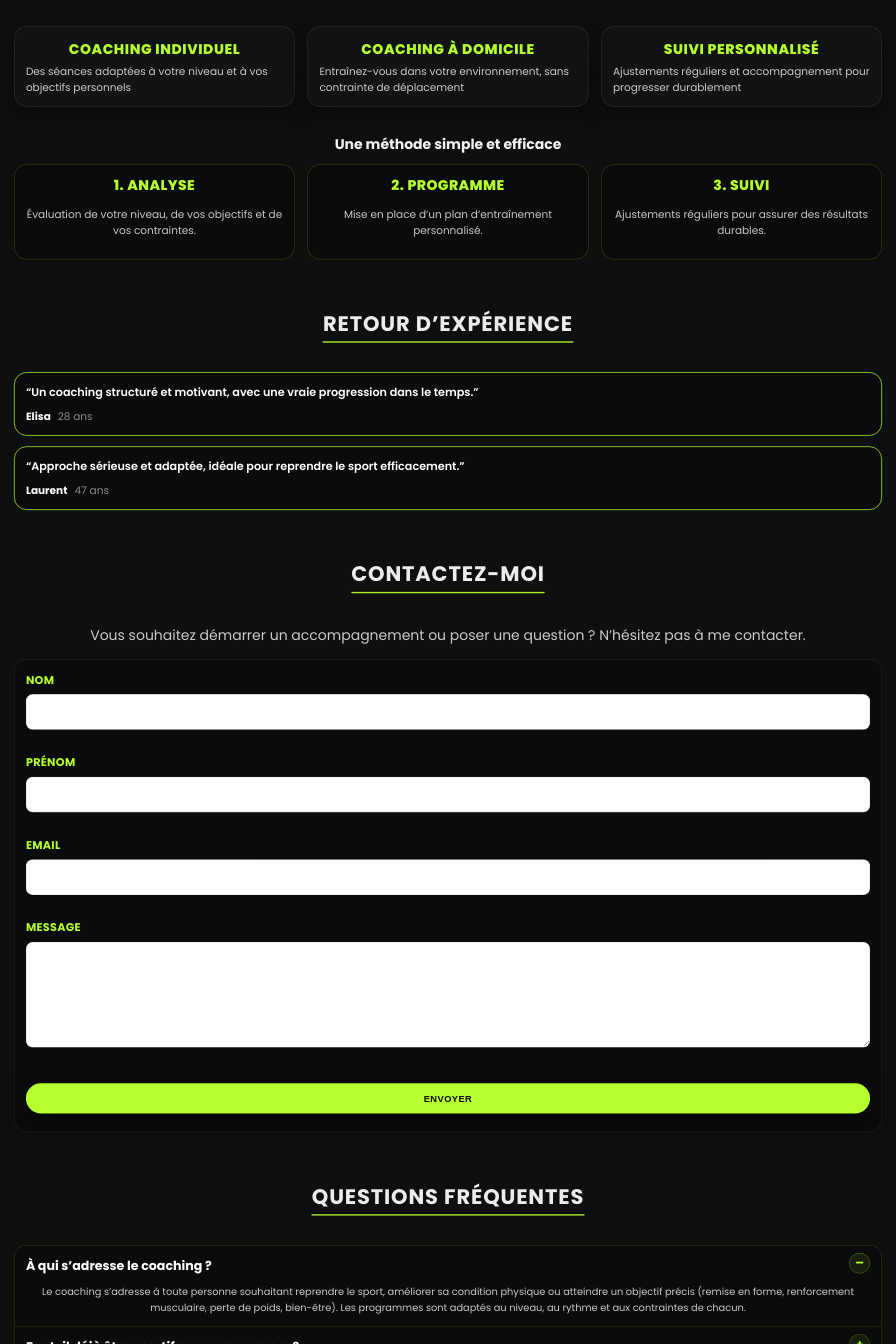
Repository: ThomasHdrd/CoachFitness
Page: index.html
The author's editor kept a copy of each file at every save. The page is drawn from the files as they stood at one save, then again after the next save.
The browser window is 1280 px wide. The pictures show the part of the page from y = 972 to 2892 px (the page is 3199 px tall before and 3187 px after), at 70% of full size.

Above is the page before, as saved 2026-01-20 23:22:20.

### index.html
<!doctype html>
<html lang="fr">
<head>
  <meta charset="utf-8" />
  <meta name="viewport" content="width=device-width, initial-scale=1" />
  <title>Coach Fitness — Landing Page</title>

  <!-- Poppins -->
  <link rel="preconnect" href="https://fonts.googleapis.com">
  <link rel="preconnect" href="https://fonts.gstatic.com" crossorigin>
  <link href="https://fonts.googleapis.com/css2?family=Poppins:wght@300;400;500;600;700;800&display=swap" rel="stylesheet">

  <link rel="stylesheet" href="styles.css" />
</head>
<body>
  <!-- Header -->
  <header class="site-header" id="top">
    <div class="container header-inner">
      <a class="brand" href="#top" aria-label="Retour en haut">
        <span class="brand-dot" aria-hidden="true"></span>
        <span class="brand-text">Coach Fitness</span>
      </a>

      <button class="nav-toggle" aria-controls="site-nav" aria-expanded="false">
        <span class="sr-only">Ouvrir le menu</span>
        <span class="burger" aria-hidden="true"></span>
      </button>

      <nav class="site-nav" id="site-nav" aria-label="Navigation principale">
        <a class="nav-link" href="#accueil">Accueil</a>
        <a class="nav-link" href="#apropos">A propos</a>
        <a class="nav-link" href="#services">Services</a>
        <a class="nav-link" href="#avis">Avis</a>
        <a class="nav-link nav-cta" href="#contact">Contact</a>
      </nav>
    </div>
  </header>

  <main>
    <!-- HERO -->
    <section class="hero" id="accueil">
      <div class="hero-overlay" aria-hidden="true"></div>
      <div class="container hero-content">
        <p class="hero-kicker">Coaching sportif personnalisé</p>
        <h1 class="hero-title accent">Atteignez vos objectifs. Progressez durablement</h1>
        <p class="hero-subtitle">
          Un accompagnement sportif sur mesure, adapté à votre niveau et à votre rythme
        </p>
        <a class="btn btn-primary" href="#contact">RÉSERVER VITE VOTRE BILAN GRATUIT</a>
      </div>
    </section>

    <!-- A PROPOS -->
    <section class="section" id="apropos">
      <div class="container">
        <div class="section-title-wrapper">
            <h2 class="section-title">À propos de moi</h2>
        </div>
        <h3 class="section-lead accent">Un coaching basé sur l’écoute et la progression</h3>

        <div class="about-grid">
          <div class="about-text">
            <p class="muted">
              Coach sportif spécialisé en remise en forme et renforcement musculaire, j’accompagne des personnes aux profils variés
              avec une approche personnalisée.
            </p>
            <p class="muted">
              Chaque programme est conçu pour s’adapter au niveau, aux objectifs et au rythme de chacun.
            </p>
          </div>
        </div>
        <div class="about-list">
            <ul class="checks">
                <li>Programmes personnalisés</li>
                <li>Approche progressive</li>
                <li>Suivi régulier</li>
            </ul>
        </div>
      </div>
    </section>

    <!-- SERVICES -->
    <section class="section" id="services">
      <div class="container">
        <div class="section-title-wrapper">
            <h2 class="section-title">Mes services</h2>
        </div>

        <div class="cards">
          <article class="card">
            <h3 class="card-title accent">COACHING INDIVIDUEL</h3>
            <p class="card-text">Des séances adaptées à votre niveau et à vos objectifs personnels</p>
          </article>

          <article class="card">
            <h3 class="card-title accent">COACHING À DOMICILE</h3>
            <p class="card-text">Entraînez-vous dans votre environnement, sans contrainte de déplacement</p>
          </article>

          <article class="card">
            <h3 class="card-title accent">SUIVI PERSONNALISÉ</h3>
            <p class="card-text">Ajustements réguliers et accompagnement pour progresser durablement</p>
          </article>
        </div>

        <div class="method">
          <h3 class="method-title">Une méthode simple et efficace</h3>

          <div class="method-steps">
            <div class="step">
              <div class="step-num accent">1. ANALYSE</div>
              <p class="muted">Évaluation de votre niveau, de vos objectifs et de vos contraintes.</p>
            </div>
            <div class="step">
              <div class="step-num accent">2. PROGRAMME</div>
              <p class="muted">Mise en place d’un plan d’entraînement personnalisé.</p>
            </div>
            <div class="step">
              <div class="step-num accent">3. SUIVI</div>
              <p class="muted">Ajustements réguliers pour assurer des résultats durables.</p>
            </div>
          </div>
        </div>
      </div>
    </section>

    <!-- AVIS -->
    <section class="section" id="avis">
      <div class="container">
        <div class="section-title-wrapper">
            <h2 class="section-title">RETOUR D’EXPÉRIENCE</h2>
        </div>

        <div class="testimonials">
          <figure class="testimonial">
            <blockquote>
              “Un coaching structuré et motivant, avec une vraie progression dans le temps.”
            </blockquote>
            <figcaption>
              <span class="name">Elisa</span>
              <span class="meta">28 ans</span>
            </figcaption>
          </figure>

          <figure class="testimonial">
            <blockquote>
              “Approche sérieuse et adaptée, idéale pour reprendre le sport efficacement.”
            </blockquote>
            <figcaption>
              <span class="name">Laurent</span>
              <span class="meta">47 ans</span>
            </figcaption>
          </figure>
        </div>
      </div>
    </section>

    <!-- CONTACT -->
    <section class="section" id="contact">
      <div class="container">
        <div class="section-title-wrapper">
            <h2 class="section-title">CONTACTEZ-MOI</h2>
        </div>
        <p class="contact-text">
          Vous souhaitez démarrer un accompagnement ou poser une question ? N’hésitez pas à me contacter.
        </p>

        <form class="form" id="contactForm" novalidate>
          <div class="field">
            <label for="nom">Nom</label>
            <input id="nom" name="nom" type="text" autocomplete="family-name" required />
            <small class="error" data-error-for="nom"></small>
          </div>

          <div class="field">
            <label for="prenom">Prénom</label>
            <input id="prenom" name="prenom" type="text" autocomplete="given-name" required />
            <small class="error" data-error-for="prenom"></small>
          </div>

          <div class="field">
            <label for="email">Email</label>
            <input id="email" name="email" type="email" autocomplete="email" required />
            <small class="error" data-error-for="email"></small>
          </div>

          <div class="field">
            <label for="message">Message</label>
            <textarea id="message" name="message" rows="5" required></textarea>
            <small class="error" data-error-for="message"></small>
          </div>

          <button class="btn btn-primary btn-wide" type="submit">ENVOYER</button>
          <p class="form-note muted" id="formStatus" role="status" aria-live="polite"></p>
        </form>
      </div>
    </section>

    <!-- FAQ -->
    <section class="section" id="faq">
      <div class="container">
        <div class="section-title-wrapper">
            <h2 class="section-title">QUESTIONS FRÉQUENTES</h2>
        </div>

        <div class="faq">
          <details class="faq-item" open>
            <summary>À qui s’adresse le coaching ?</summary>
            <div class="faq-body muted">
              Le coaching s’adresse à toute personne souhaitant reprendre le sport, améliorer sa condition physique ou atteindre un objectif précis
              (remise en forme, renforcement musculaire, perte de poids, bien-être). Les programmes sont adaptés au niveau, au rythme et aux contraintes de chacun.
            </div>
          </details>

          <details class="faq-item">
            <summary>Faut-il déjà être sportif pour commencer ?</summary>
            <div class="faq-body muted">
              Non. Le coaching s’adapte à votre niveau actuel. La progression est construite étape par étape, avec une intensité ajustée.
            </div>
          </details>

          <details class="faq-item">
            <summary>Comment se déroule le suivi ?</summary>
            <div class="faq-body muted">
              Après une analyse de votre situation, un programme personnalisé est mis en place puis ajusté régulièrement selon vos retours et votre progression.
            </div>
          </details>

          <details class="faq-item">
            <summary>Le coaching se fait-il à domicile ou en salle ?</summary>
            <div class="faq-body muted">
              Les deux sont possibles. Le format dépend de vos préférences, de votre matériel et de vos contraintes de planning.
            </div>
          </details>

          <details class="faq-item">
            <summary>Le premier échange est-il gratuit ?</summary>
            <div class="faq-body muted">
              Oui. Le premier échange permet de comprendre votre besoin et de déterminer l’accompagnement le plus adapté, sans engagement.
            </div>
          </details>
        </div>
      </div>
    </section>
  </main>

  <!-- Footer -->
  <footer class="site-footer">
    <div class="container footer-inner">
      <p class="footer-tag muted">Coaching personnalisé • Progression durable • Bien-être</p>
      <p class="footer-copy muted">© 2026 Coach Sportif Indépendant • Tous droits réservés.</p>
    </div>
  </footer>

  <script src="app.js" defer></script>
</body>
</html>

### styles.css
:root{
  --bg: #0F0F0F;            /* demandé */
  --bar: rgba(0,0,0,.90);   /* header/footer */
  --accent: #B6FF2E;        /* demandé */
  --text: #FFFFFF;
  --muted: rgba(255,255,255,.78);
  --muted2: rgba(255,255,255,.62);
  --line: rgba(182,255,46,.38);
  --card: rgba(255,255,255,.04);
  --shadow: 0 16px 40px rgba(0,0,0,.45);
  --radius: 14px;
  --radius-lg: 18px;
  --max: 1300px;
}

*{ box-sizing: border-box; }
html{ scroll-behavior: smooth; }
body{
  margin:0;
  font-family: "Poppins", system-ui, -apple-system, Segoe UI, Roboto, Arial, sans-serif;
  background: var(--bg);
  color: var(--text);
}

.container{
  width:min(100% - 40px, var(--max));
  margin-inline:auto;
}

.sr-only{
  position:absolute;
  width:1px;height:1px;
  padding:0;margin:-1px;
  overflow:hidden;clip:rect(0,0,0,0);
  white-space:nowrap;border:0;
}

/* Header */
.site-header{
  position: sticky;
  top: 0;
  z-index: 50;
  background: var(--bar);
  backdrop-filter: blur(8px);
  border-bottom: 1px solid rgba(255,255,255,.06);
}

.header-inner{
  height: 64px;
  display:flex;
  align-items:center;
  justify-content:space-between;
  gap: 14px;
}

.brand{
  display:flex;
  align-items:center;
  gap:10px;
  text-decoration:none;
  color: var(--text);
  font-weight: 700;
  letter-spacing:.3px;
}
.brand-dot{
  width:10px;height:10px;
  border-radius:999px;
  background: var(--accent);
  box-shadow: 0 0 0 6px rgba(182,255,46,.12);
}
.brand-text{ font-size: 14px; opacity:.95; }

.site-nav{
  display:flex;
  align-items:center;
  gap: 18px;
}
.nav-link{
  color: var(--text);
  text-decoration:none;
  font-size: 13px;
  opacity: .88;
  transition: opacity .2s ease, color .2s ease;
  padding: 10px 6px;
}
.nav-link:hover{ opacity:1; color: var(--accent); }

.nav-cta{
  border: 1px solid rgba(182,255,46,.45);
  border-radius: 999px;
  padding: 10px 14px;
}
.nav-cta:hover{
  background: rgba(182,255,46,.10);
}

/* Mobile nav */
.nav-toggle{
  display:none;
  border:0;
  background: transparent;
  color: var(--text);
  padding: 10px;
  border-radius: 10px;
}
.nav-toggle:hover{ background: rgba(255,255,255,.06); }
.burger{
  width: 22px; height: 2px;
  display:block;
  background: var(--text);
  position: relative;
}
.burger::before,.burger::after{
  content:"";
  position:absolute;
  left:0;
  width:22px;height:2px;
  background: var(--text);
}
.burger::before{ top:-7px; }
.burger::after{ top:7px; }

/* Hero */
.hero{
  position: relative;
  min-height: 50vh;
  display:flex;
  align-items:center;
  padding: 52px 0;
  background:
    linear-gradient(180deg, rgba(0,0,0,.55), rgba(0,0,0,.88)),
    url("assets/hero.jpg") center/cover no-repeat;
  background-position: center 30%;
}
.hero-overlay{
  position:absolute;
  inset:0;
  background: radial-gradient(1200px 600px at 50% 25%, rgba(182,255,46,.10), transparent 60%);
  pointer-events:none;
}
.hero-content{
  position:relative;
  text-align:center;
}
.hero-kicker{
  margin:0 0 10px;
  font-size: 50px;
  letter-spacing: .6px;
  text-transform: uppercase;
  font-weight: bold;
}
.hero-title{
  margin: 0 auto;
  margin:0 0 10px;
}
.hero-title {
  font-size: 35px;
  display:block;
  color: var(--accent);
  font-weight: 800;
  text-transform:none;
  margin-top: 8px;
}
.hero-subtitle{
  margin: 16px auto 22px;
  padding-top: 30px;
  color: var(--muted);
  font-size: 22px;
  line-height: 1.55;
  padding-bottom: 30px;
}

/* Buttons */
.btn{
  display:inline-flex;
  align-items:center;
  justify-content:center;
  gap:10px;
  text-decoration:none;
  border: 0;
  cursor:pointer;
  font-weight: 700;
  letter-spacing: .6px;
  text-transform: uppercase;
  border-radius: 999px;
  padding: 14px 18px;
  box-shadow: var(--shadow);
}
.btn-primary{
  background: var(--accent);
  color: #0A0A0A;
  width: 70%;
}
.btn-primary:hover{
  background: transparent;
  border: 1px solid var(--accent);
  color: var(--accent);
  filter: brightness(.95);
}
.btn-wide{ width: 100%; margin-top: 10px; }

/* Sections */
.section{
  padding: 35px 0;
}
#apropos
{
  padding-bottom: 20px;
}

.section-title {
  text-align: justify;
  align-items: center;
  margin: 0 0 14px;
  font-size: 30px;
  letter-spacing: 1.2px;
  text-transform: uppercase;
  opacity: .92;
  padding-bottom: 10px;
  display: inline-block; /* Le titre prend uniquement la largeur du texte */
}

.section-title::after {
  content: "";
  display: block;
  width: 100%; /* La barre fait la largeur du texte */
  height: 2px;
  background-color: var(--accent);
  margin-top: 2px;
}

/* Conteneur pour centrer le titre inline-block */
.section-title-wrapper {
  text-align: center;
}
.section-lead{
  text-align:center;
  margin: 0 0 22px;
  font-size: 25px;
  font-weight: 700;
}
.accent{ color: var(--accent);}
.muted{ color: var(--muted); font-size: 15px; text-align: center;}
.muted2{ color: var(--muted2); }

/* About */
.about-grid{
  gap: 18px;
  align-items:start;
}
.about-text{
  background: rgba(255,255,255,.02);
  border: 1px solid rgba(255,255,255,.06);
  border-radius: var(--radius-lg);
  padding: 18px;
  margin-bottom: 30px;
}
.about-text p{ margin: 0 0 10px; }
.about-text p:last-child{ margin-bottom: 0; }

.checks{
  list-style: none;
  margin: 0;
  padding: 16px 18px;
  border-radius: var(--radius-lg);
  border: 1px solid rgba(182,255,46,.20);
  background: rgba(182,255,46,.06);
  display: flex;
  flex-wrap: wrap;
  gap: 20%;
  justify-content: space-around;
  align-items: center;
}
.checks li{
  position: relative;
  padding-left: 30px;
  margin: 10px 0;
  font-weight: 600;
}
.checks li::before{
  content:"";
  position:absolute;
  left:0; top: 6px;
  width: 16px; height: 10px;
  border-left: 2px solid var(--accent);
  border-bottom: 2px solid var(--accent);
  transform: rotate(-45deg);
}

/* Cards */
.cards{
  display:grid;
  gap: 18px;
  margin-top: 18px;
  grid-template-columns: repeat(3, 1fr);
}
.card{
  background: rgba(255,255,255,.02);
  border: 1px solid rgba(255,255,255,.10);
  border-radius: var(--radius-lg);
  padding: 16px 16px 14px;
  box-shadow: 0 14px 34px rgba(0,0,0,.35);
}
.card-title{
  margin:0 0 6px;
  font-size: 20px;
  text-align: center;
  font-weight: 800;
  text-transform: uppercase;
  letter-spacing: .8px;
}
.card-text{
  margin:0;
  color: var(--muted);
  font-size: 15px;
  line-height: 1.55;
}

/* Method */
.method{
  margin-top: 26px;
  padding-top: 12px;
}
.method-title{
  text-align:center;
  margin: 0 0 14px;
  font-size: 20px;
  font-weight: 700;
  opacity: .95;
}
.method-steps{
  display:grid;
  gap: 18px;
  grid-template-columns: repeat(3, 1fr);
}
.step{
  border: 1px solid rgba(182,255,46,.18);
  background: rgba(0,0,0,.25);
  border-radius: var(--radius-lg);
  padding: 14px 16px;
}
.step-num{
  font-weight: 800;
  letter-spacing: .6px;
  text-transform: uppercase;
  font-size: 20px;
  margin-bottom: 6px;
  text-align: center;
}

/* Testimonials */
.testimonials{
  display:grid;
  gap: 15px;
  margin-top: 18px;
}
.testimonial{
  margin:0;
  border: 1px solid #B6FF2E;
  background: rgba(0,0,0,.25);
  border-radius: var(--radius-lg);
  padding: 16px;
}
.testimonial blockquote{
  margin:0 0 10px;
  color: var(--text);
  font-weight: 600;
  line-height: 1.5;
}
.testimonial figcaption{
  display:flex;
  gap: 10px;
  align-items:baseline;
  color: var(--muted2);
  font-size: 15px;
}
.testimonial .name{ color: var(--text); font-weight: 700; }
.testimonial .meta{ opacity:.85; }

/* Form */
.contact-text{
  text-align: center;
  color: var(--muted);
  font-size: 20px;
}

.form{
  margin-top: 18px;
  border-radius: var(--radius-lg);
  border: 1px solid rgba(255,255,255,.08);
  background: rgba(0,0,0,.25);
  padding: 16px;
}
.field{ margin-bottom: 12px; }
label{
  display:block;
  font-size: 16px;
  font-weight: 700;
  letter-spacing: .4px;
  margin-bottom: 8px;
  color: var(--accent);
  text-transform: uppercase;
}
input, textarea{
  width:100%;
  font-family: inherit;
  font-size: 16px;
  color: #0A0A0A;
  background: #FFFFFF;
  border: 1px solid rgba(0,0,0,.12);
  border-radius: 10px;
  padding: 12px 12px;
  outline: none;
}
textarea{ resize: vertical; min-height: 110px; }
input:focus, textarea:focus{
  box-shadow: 0 0 0 4px rgba(182,255,46,.20);
  border-color: rgba(182,255,46,.55);
}
.error{
  display:block;
  min-height: 16px;
  margin-top: 6px;
  font-size: 12px;
  color: #FF6B6B;
}
.form-note{
  margin: 10px 0 0;
  font-size: 12px;
}

/* FAQ */
.faq{
  margin-top: 18px;
  border-radius: var(--radius-lg);
  overflow:hidden;
  border: 1px solid rgba(182,255,46,.16);
  background: rgba(0,0,0,.25);
}
.faq-item{
  border-top: 1px solid rgba(182,255,46,.12);
}
.faq-item:first-child{ border-top: 0; }
.faq-item summary{
  list-style:none;
  cursor:pointer;
  padding: 14px 16px;
  font-weight: 700;
  font-size: 18px;
  position: relative;
}
.faq-item summary::-webkit-details-marker{ display:none; }
.faq-item summary::after{
  content:"+";
  position:absolute;
  right: 16px;
  top: 10px;
  width: 28px; height: 28px;
  display:grid;
  place-items:center;
  border-radius: 999px;
  color: var(--accent);
  border: 1px solid rgba(182,255,46,.28);
  background: rgba(182,255,46,.08);
}
.faq-item[open] summary::after{ content:"–"; }
.faq-body{
  padding: 0 16px 16px;
  font-size: 14px;
  line-height: 1.6;
}

/* Footer */
.site-footer{
  background: var(--bar);
  border-top: 1px solid rgba(255,255,255,.06);
  padding: 18px 0;
}
.footer-inner{
  text-align:center;
  display:flex;
  justify-content: center;
  align-items: center;
  gap: 47%;
}
.footer-tag, .footer-copy{
  margin:0;
  font-size: 12px;
}

/* Responsive */
@media (min-width: 761px) and (max-width: 1024px){
  .hero-content{ text-align:center; }
  .hero-kicker{ font-size: 40px; }
  .hero-title{ font-size: 28px; }
  .about-grid{
    grid-template-columns: 1.2fr .8fr;
    gap: 18px;
  }
  .cards{
    grid-template-columns: repeat(3, 1fr);
  }
  .method-steps{
    grid-template-columns: repeat(3, 1fr);
  }
  .testimonials{
    grid-template-columns: repeat(2, 1fr);
  }
}

/* Mobile nav behavior */
@media (max-width: 760px){
  .section {
    padding: 28px 0;
  }
  .section-title{
    font-size: 24px;
  }
  .nav-toggle{ display:inline-flex; }
  .hero-kicker{ font-size: 32px; }
  .hero-title{ font-size: 24px; }
  .hero-subtitle{ font-size: 18px; }
  .site-nav{
    position: fixed;
    inset: 64px 12px auto 12px;
    background: rgba(0,0,0,.95);
    border: 1px solid rgba(255,255,255,.08);
    border-radius: 16px;
    padding: 12px;
    display:none;
    flex-direction: column;
    gap: 6px;
    box-shadow: 0 18px 50px rgba(0,0,0,.6);
  }
  .section-title {
    padding-bottom: 0;
  }
  .site-nav.is-open{ display:flex; }
  .nav-link{ width:100%; text-align:center; padding: 12px; }
  .faq-item summary{ font-size: 16px; }
  .faq-item summary{ padding-right: 50px; }
  .contact-text{ font-size: 16px; }
  .nav-cta{ width:100%; }
  .footer-inner{
    flex-direction: column;
    gap: 12px;
  }
  .footer-tag, .footer-copy{
    font-size: 10px;
  }
}

### app.js
// Mobile menu toggle
const toggle = document.querySelector('.nav-toggle');
const nav = document.querySelector('#site-nav');

if (toggle && nav) {
  toggle.addEventListener('click', () => {
    const isOpen = nav.classList.toggle('is-open');
    toggle.setAttribute('aria-expanded', String(isOpen));
  });

  // Close menu on link click (mobile)
  nav.querySelectorAll('a').forEach(a => {
    a.addEventListener('click', () => {
      nav.classList.remove('is-open');
      toggle.setAttribute('aria-expanded', 'false');
    });
  });

  // Close on ESC
  document.addEventListener('keydown', (e) => {
    if (e.key === 'Escape') {
      nav.classList.remove('is-open');
      toggle.setAttribute('aria-expanded', 'false');
    }
  });
}

// FAQ: allow only one open at a time (optional premium behavior)
const faqItems = document.querySelectorAll('.faq-item');
faqItems.forEach((item) => {
  item.addEventListener('toggle', () => {
    if (item.open) {
      faqItems.forEach((other) => {
        if (other !== item) other.open = false;
      });
    }
  });
});

// Contact form validation (front only, demo)
const form = document.getElementById('contactForm');
const statusEl = document.getElementById('formStatus');

function setError(name, message) {
  const el = document.querySelector(`[data-error-for="${name}"]`);
  if (el) el.textContent = message || '';
}

function isEmail(v) {
  return /^[^\s@]+@[^\s@]+\.[^\s@]+$/.test(v);
}

if (form) {
  form.addEventListener('submit', (e) => {
    e.preventDefault();

    const data = new FormData(form);
    const nom = String(data.get('nom') || '').trim();
    const prenom = String(data.get('prenom') || '').trim();
    const email = String(data.get('email') || '').trim();
    const message = String(data.get('message') || '').trim();

    let ok = true;

    setError('nom', '');
    setError('prenom', '');
    setError('email', '');
    setError('message', '');
    if (statusEl) statusEl.textContent = '';

    if (!nom) { setError('nom', 'Veuillez renseigner votre nom.'); ok = false; }
    if (!prenom) { setError('prenom', 'Veuillez renseigner votre prénom.'); ok = false; }
    if (!email || !isEmail(email)) { setError('email', 'Veuillez renseigner un email valide.'); ok = false; }
    if (!message || message.length < 10) { setError('message', 'Veuillez écrire un message (min. 10 caractères).'); ok = false; }

    if (!ok) return;

    // Demo success
    form.reset();
    if (statusEl) statusEl.textContent = "Message envoyé (démo). Je reviens vers vous au plus vite.";
  });
}

After the next save:
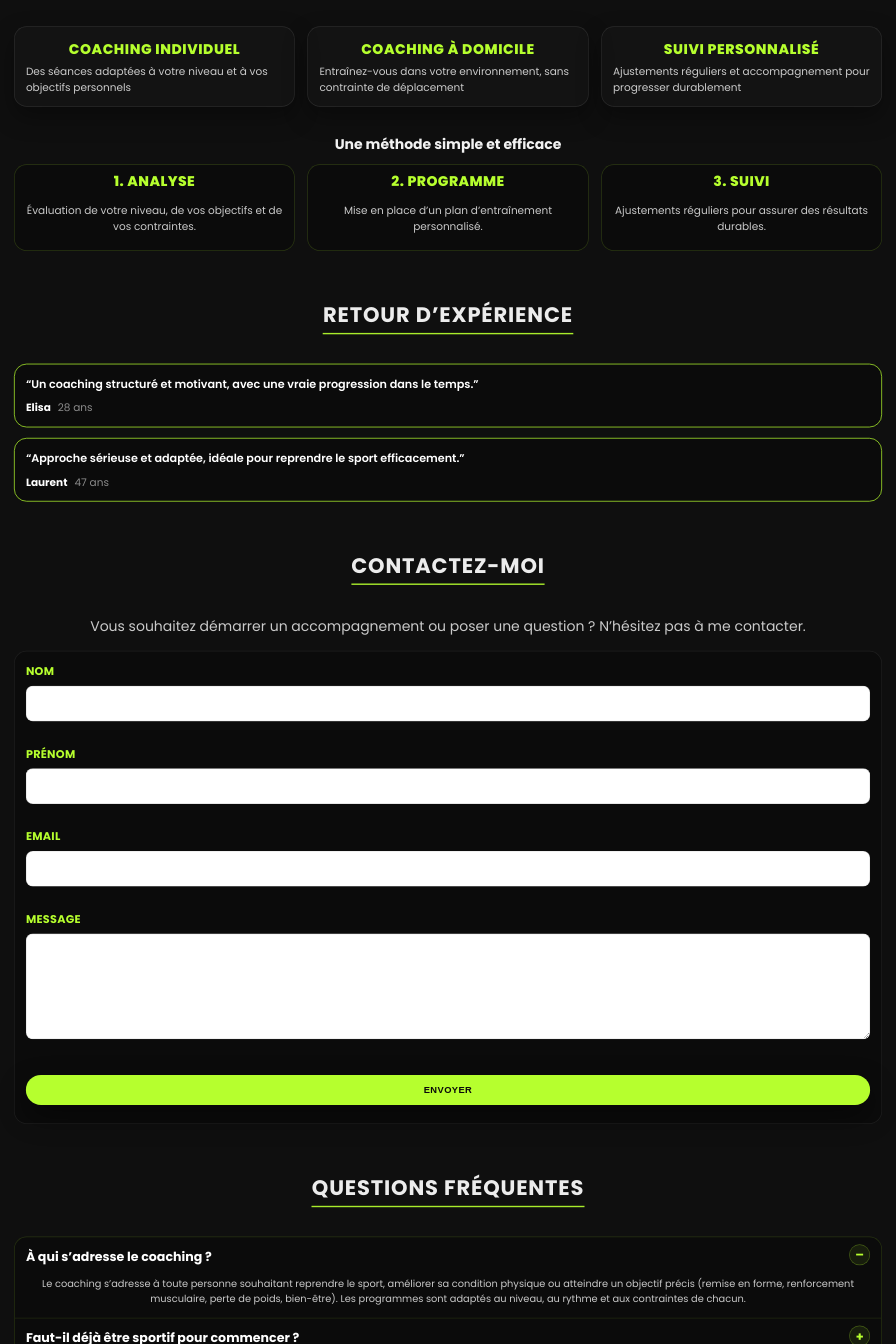
Saved 32 s later.
--- a/styles.css
+++ b/styles.css
@@ -337,7 +337,7 @@ body{
   border: 1px solid rgba(182,255,46,.18);
   background: rgba(0,0,0,.25);
   border-radius: var(--radius-lg);
-  padding: 14px 16px;
+  padding: 8px 16px;
 }
 .step-num{
   font-weight: 800;
